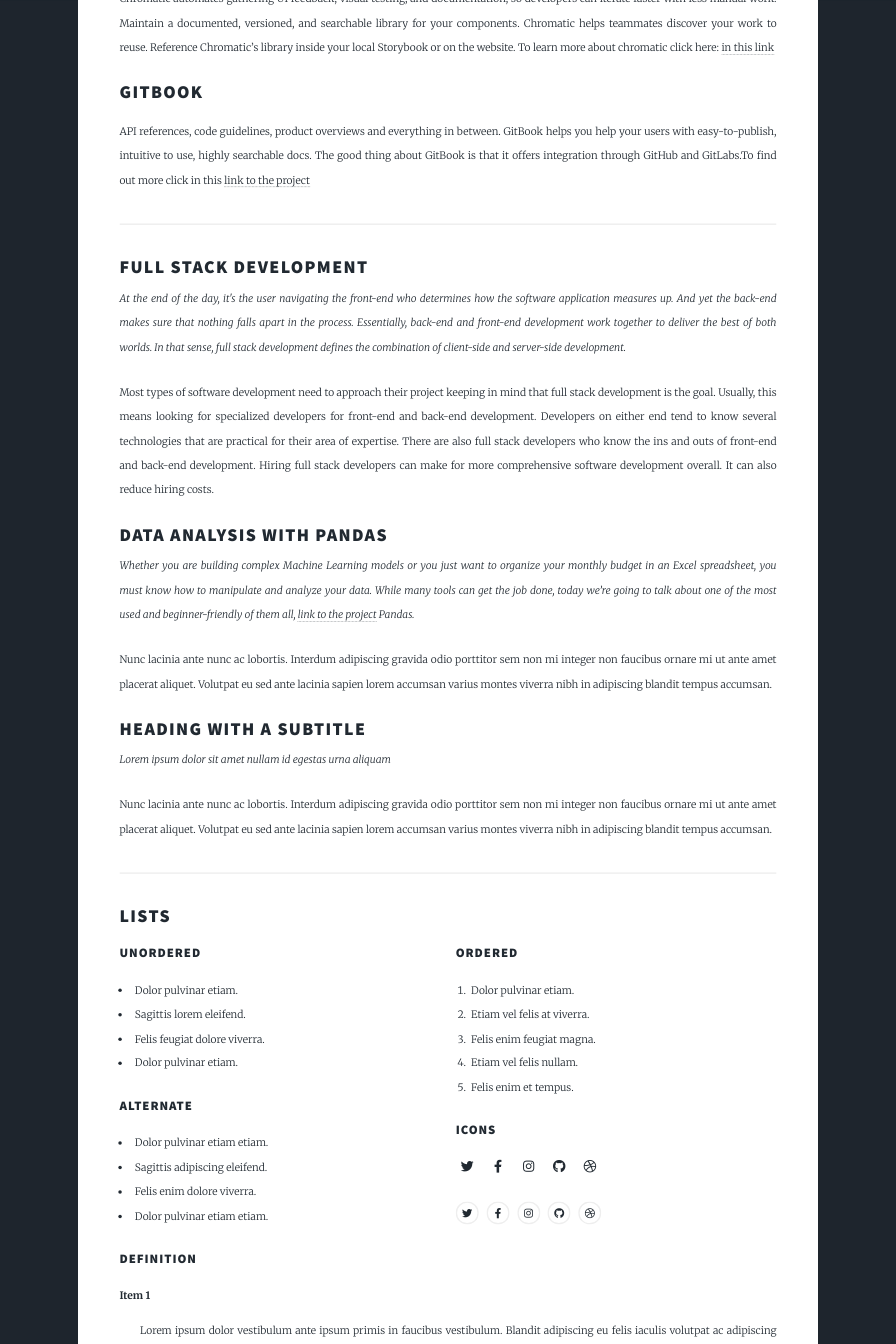
Repository: enlilsudo/Orlando-Portfolio
Page: elements.html
These files come from the project's save history. The page is drawn as it stood at one moment and after the next save; the edit follows.
The browser window is 1280 px wide. The pictures show the part of the page from y = 1426 to 3346 px (the page is 10494 px tall), at 70% of full size.

Above is the page before, as saved 2023-02-19 14:27:36.

After the next save:
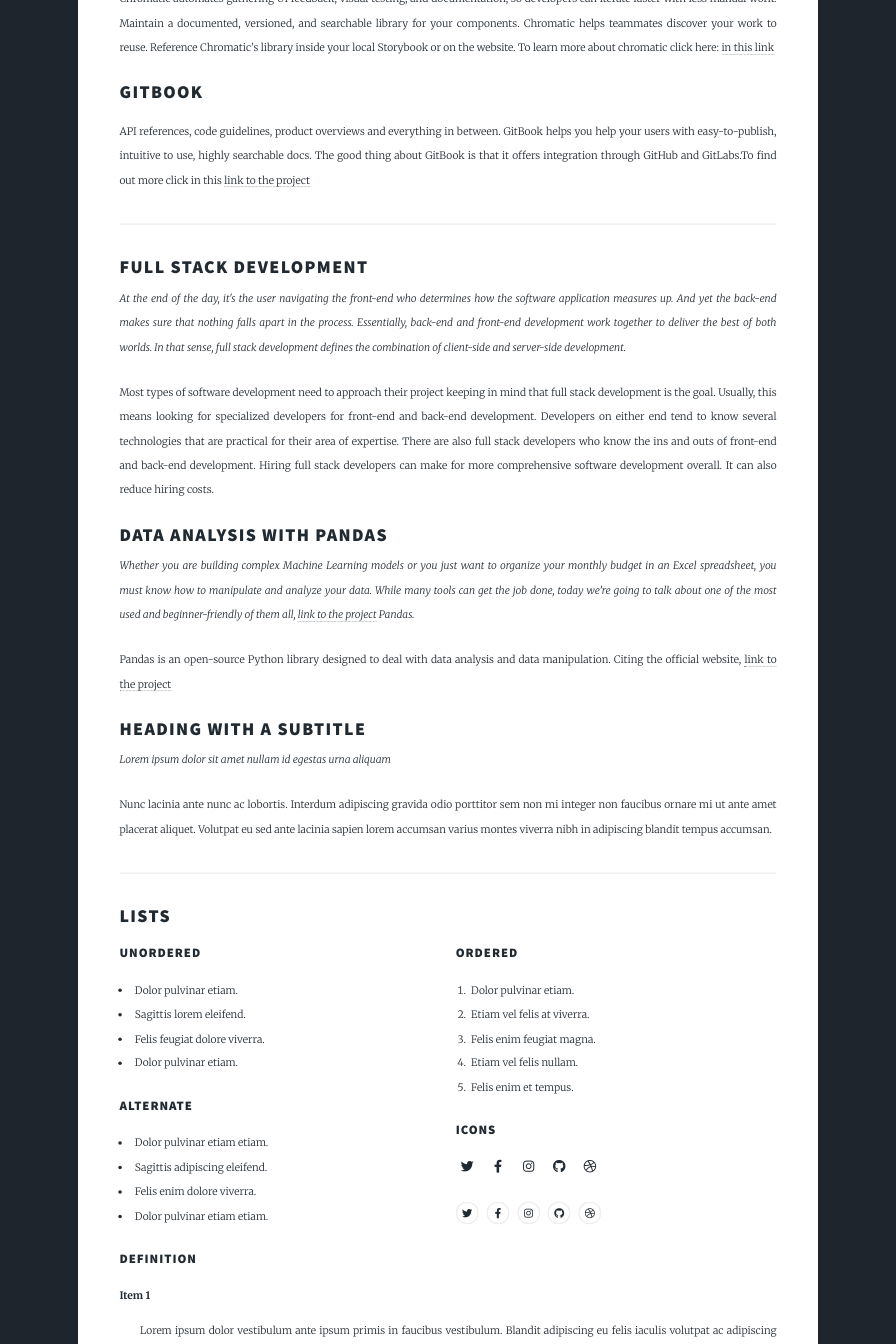
Saved 4 min 22 s later.
--- a/elements.html
+++ b/elements.html
@@ -93,7 +93,10 @@
 										<p>Whether you are building complex Machine Learning models or you just want to organize your monthly budget in an Excel spreadsheet, you must know how to manipulate and analyze your data.
 											While many tools can get the job done, today we’re going to talk about one of the most used and beginner-friendly of them all, <a href="https://pandas.pydata.org/">link to the project</a> Pandas.</p>
 									</header>
-									<p>Nunc lacinia ante nunc ac lobortis. Interdum adipiscing gravida odio porttitor sem non mi integer non faucibus ornare mi ut ante amet placerat aliquet. Volutpat eu sed ante lacinia sapien lorem accumsan varius montes viverra nibh in adipiscing blandit tempus accumsan.</p>
+									<p>Pandas is an open-source Python library designed to deal with data analysis and data manipulation.
+										Citing the official website, <a href="https://pandas.pydata.org/">link to the project</a>
+
+									</p>
 									<header>
 										<h2>Heading with a Subtitle</h2>
 										<p>Lorem ipsum dolor sit amet nullam id egestas urna aliquam</p>
